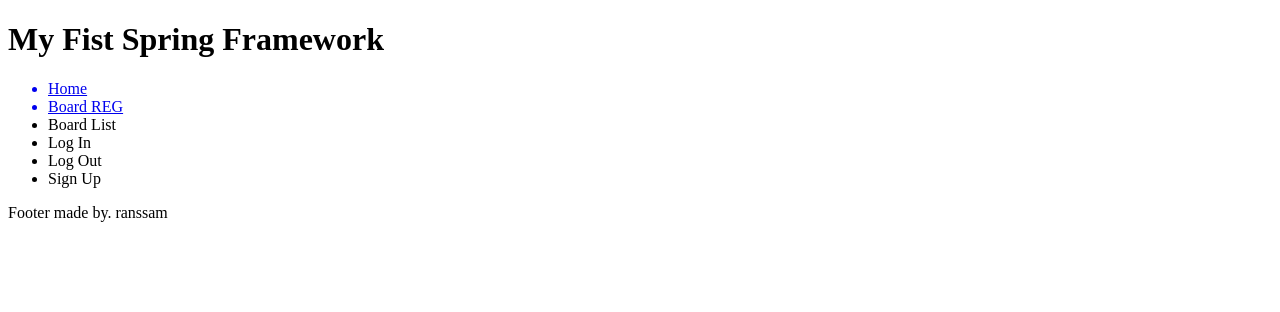
Repository: dhalfks/springSecurityTest
Page: http://localhost/springTest/WEB-INF/views/board/register.jsp
An editor plug-in stored every save of this project. The page is shown before and after the next save, followed by the edit.
The browser window is 1280 px wide. The pictures show the whole page.
The page is served by Tomcat 9. Nobody is signed in. The template is opened directly, without the code that normally fills it, so the values that code supplies are empty.

Above is the page before, as saved 2023-09-29 09:54:07.

After the next save:
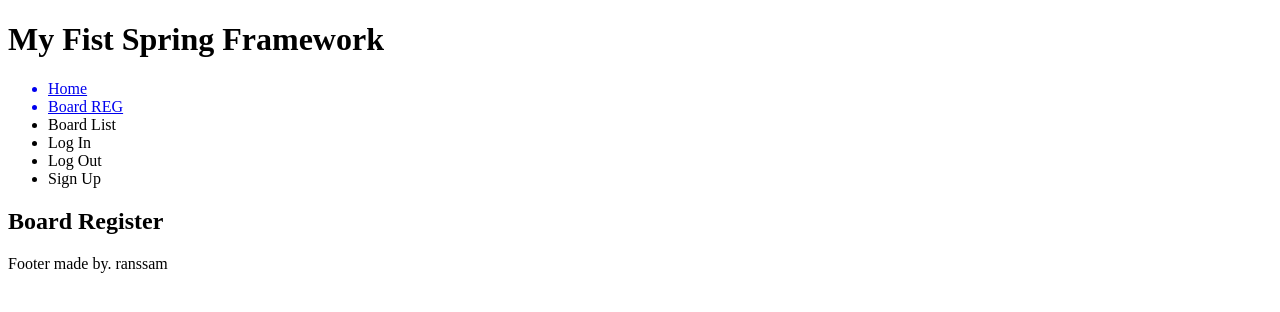
Saved 56 s later.
--- a/_spring_workspace/springTest/src/main/webapp/WEB-INF/views/board/register.jsp
+++ b/_spring_workspace/springTest/src/main/webapp/WEB-INF/views/board/register.jsp
@@ -4,4 +4,10 @@
 <jsp:include page="../common/header.jsp" />
 <jsp:include page="../common/nav.jsp" />
 
+<h2>Board Register</h2>
+
+<form action="/board/register" method="post">
+
+</form>
+
 <jsp:include page="../common/footer.jsp" />
